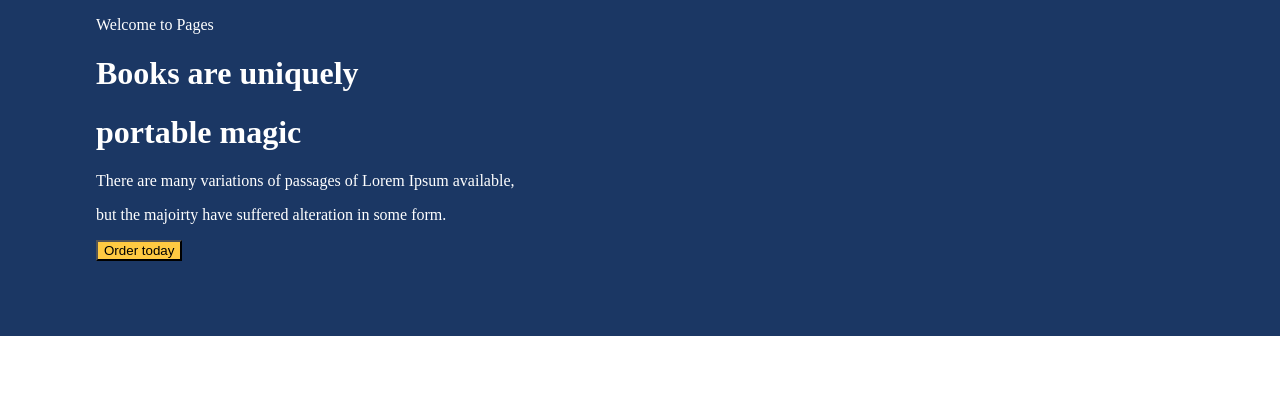
Repository: Godnorg/Class2
Page: index.html
An editor plug-in stored every save of this project. The page is shown before and after the next save, followed by the edit.
The browser window is 1280 px wide. The pictures show the whole page.

Above is the page before, as saved 2023-02-13 21:42:19.

After the next save:
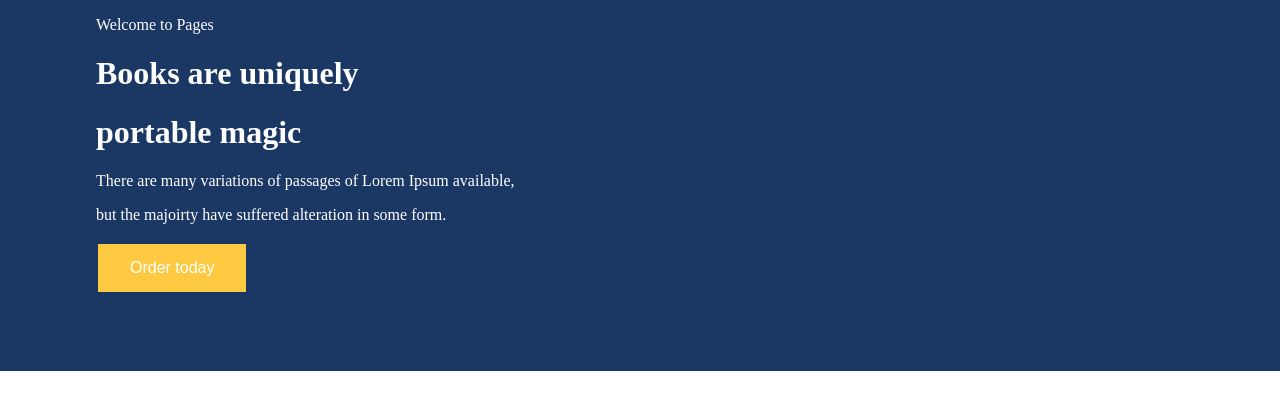
Saved 14 s later.
--- a/index.css
+++ b/index.css
@@ -27,4 +27,13 @@ body {
 
 .button {
     background: #FFCA42;
+    border: none;
+  color: white;
+  padding: 15px 32px;
+  text-align: center;
+  text-decoration: none;
+  display: inline-block;
+  font-size: 16px;
+  margin: 4px 2px;
+  cursor: pointer;
 }
